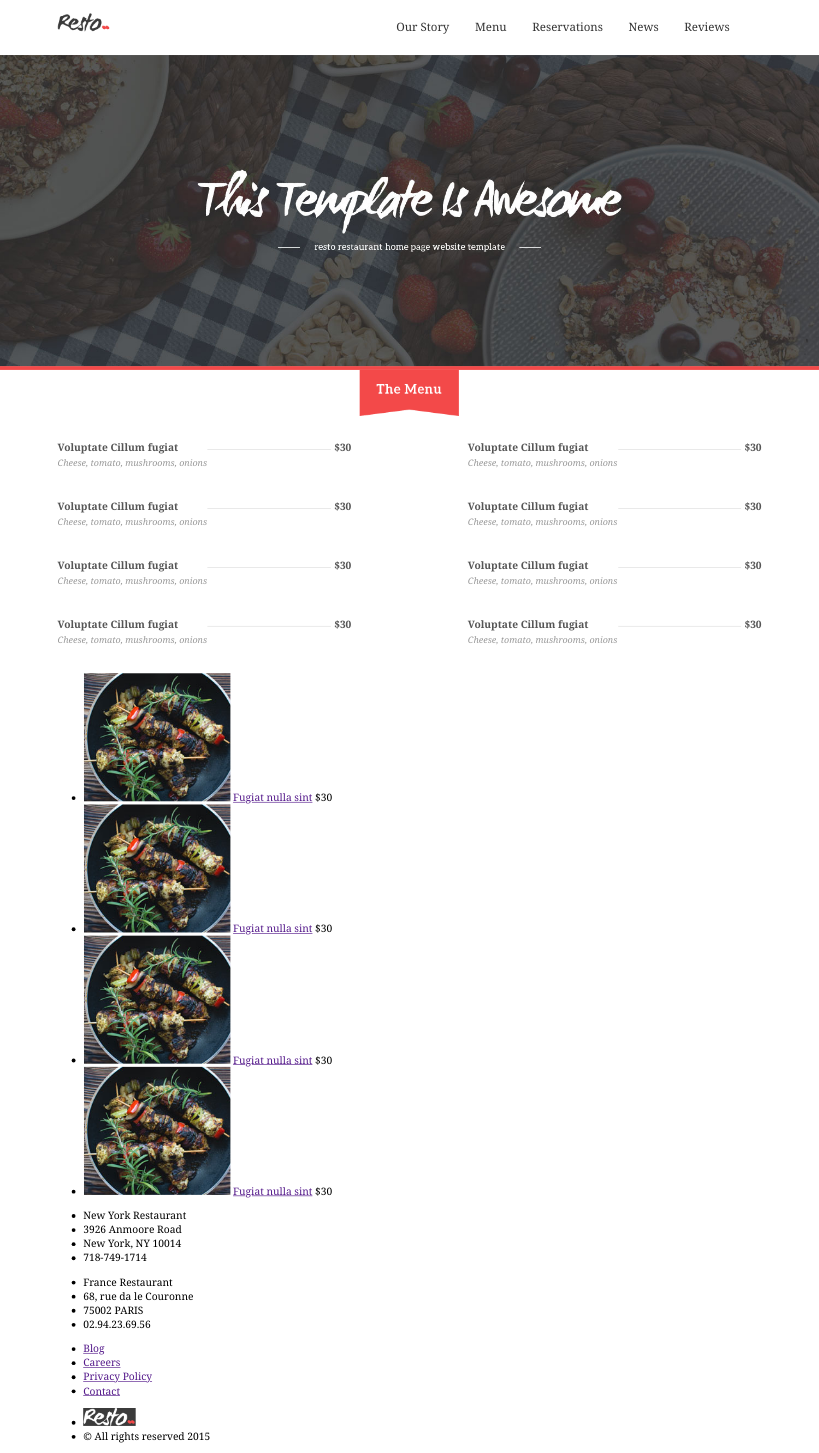
Repository: Piterwk1/psd-to-wordpress
Page: index.html
An editor plug-in stored every save of this project. The page is shown before and after the next save, followed by the edit.
The browser window is 1280 px wide. The pictures show the whole page, at 64% of full size.

Above is the page before, as saved 2021-09-23 03:04:23.

### index.html
<html lang="en">

<head>
    <meta charset="UTF-8">
    <meta http-equiv="X-UA-Compatible" content="IE=edge">
    <meta name="viewport" content="width=device-width, initial-scale=1.0">
    <title>Resto</title>
    <link rel="stylesheet" href="style.css">
</head>

<body>

    <header>
        <div class="wrapper" id="headerWrapper">
            <h1 class="logo">Rest</h1>
            <nav>
                <h2>Main Navigation</h2>
                <ul>
                    <li><a href="">Our Story</a></li>
                    <li><a href="">Menu</a></li>
                    <li><a href="">Reservations</a></li>
                    <li><a href="">News</a></li>
                    <li><a href="">Reviews</a></li>
                </ul>
            </nav>
        </div>
    </header>

    <!-- start homepage content -->

    <div id="main-banner">
        <img src="images/banner.jpg" alt="Welcome to Resto">
    </div>

    <div class="wrapper">
        <section id="home-menu">
            <h2>Menu</h2>
            <ul>
                <li>
                    <span class="dish">Voluptate Cillum fugiat</span>
                    <span class="price">$30</span>
                    <span class="description">Cheese, tomato, mushrooms, onions</span>
                </li>
                <li>
                    <span class="dish">Voluptate Cillum fugiat</span>
                    <span class="price">$30</span>
                    <span class="description">Cheese, tomato, mushrooms, onions</span>
                </li>
                <li>
                    <span class="dish">Voluptate Cillum fugiat</span>
                    <span class="price">$30</span>
                    <span class="description">Cheese, tomato, mushrooms, onions</span>
                </li>
                <li>
                    <span class="dish">Voluptate Cillum fugiat</span>
                    <span class="price">$30</span>
                    <span class="description">Cheese, tomato, mushrooms, onions</span>
                </li>
                <li>
                    <span class="dish">Voluptate Cillum fugiat</span>
                    <span class="price">$30</span>
                    <span class="description">Cheese, tomato, mushrooms, onions</span>
                </li>
                <li>
                    <span class="dish">Voluptate Cillum fugiat</span>
                    <span class="price">$30</span>
                    <span class="description">Cheese, tomato, mushrooms, onions</span>
                </li>
                <li>
                    <span class="dish">Voluptate Cillum fugiat</span>
                    <span class="price">$30</span>
                    <span class="description">Cheese, tomato, mushrooms, onions</span>
                </li>
                <li>
                    <span class="dish">Voluptate Cillum fugiat</span>
                    <span class="price">$30</span>
                    <span class="description">Cheese, tomato, mushrooms, onions</span>
                </li>
            </ul>
        </section>

        <section id="featured">
            <ul>
                <li>
                    <img src="images/thumb-1.jpg">
                    <a href="">Fugiat nulla sint</a>
                    <span>$30</span>
                    <span class="rating"></span>
                </li>
                <li>
                    <img src="images/thumb-1.jpg">
                    <a href="">Fugiat nulla sint</a>
                    <span>$30</span>
                    <span class="rating"></span>
                </li>
                <li>
                    <img src="images/thumb-1.jpg">
                    <a href="">Fugiat nulla sint</a>
                    <span>$30</span>
                    <span class="rating"></span>
                </li>
                <li>
                    <img src="images/thumb-1.jpg">
                    <a href="">Fugiat nulla sint</a>
                    <span>$30</span>
                    <span class="rating"></span>
                </li>
            </ul>
        </section>
    </div>

    <!-- end homepage content -->

    <footer>
        <div class="wrapper">
            <ul>
                <li>New York Restaurant</li>
                <li>3926 Anmoore Road</li>
                <li>New York, NY 10014</li>
                <li>718-749-1714</li>
            </ul>
            <ul>
                <li>France Restaurant</li>
                <li>68, rue da le Couronne</li>
                <li>75002 PARIS</li>
                <li>02.94.23.69.56</li>
            </ul>
            <ul>
                <li><a href="">Blog</a></li>
                <li><a href="">Careers</a></li>
                <li><a href="">Privacy Policy</a></li>
                <li><a href="">Contact</a></li>
            </ul>
            <ul>
                <li><img src="images/white-logo.png" alt="logo"></li>
                <li>&copy; All rights reserved 2015</li>

            </ul>
        </div>
    </footer>
</body>

</html>

### style.css
body {
    font-family: Georgia, 'Times New Roman', Times, serif;
    margin: 0;
}

.wrapper {
    width: 100%;
    /* max-width: 960px; */
    max-width: 1100px;
    padding: 0 10px;
    margin:  0 auto;
}

h1.logo {
    background-image: url(images/logo.png);
    background-repeat: no-repeat;
    width: 100px;
    text-indent: -10000px;
}

#headerWrapper {
    display: flex;
    justify-content: space-between;
    width: 100%;
}

nav {

  margin-right: 10px;

}

#headerWrapper nav h2 {
    text-indent: -100000px;
    height: 0;
    margin: 0;
}

#headerWrapper nav ul {
   display: flex;
   justify-content: space-evenly;
   list-style-type:  none;
   margin: 10px 20px;
}
#headerWrapper nav li {

   margin: 20px 20px;
}
#headerWrapper nav li a{
   text-decoration: none;
   color: #333;
   font-size: 18px;
}
#headerWrapper nav li a:hover{
   color: blue;
}

#main-banner, #main-banner img{
    width: 100%;
}

#main-banner img {
    border-bottom: 6px solid #f34949;
}

#home-menu h2 {
    background-image: url(images/menu-head.png);
    background-repeat: no-repeat;
    width: 156px;
    height: 74px;
    text-indent: -10000px;
    margin: 0 auto;
}

#home-menu ul {
    display: flex;
    flex-wrap: wrap;
    justify-content: space-between;
   padding: 0;
   list-style: none;
}
#home-menu li {
    display: flex;
    flex-wrap: wrap;
   margin: 20px 0 20px 0;
   justify-content: space-between;
}

.dish{
    position: relative;
    z-index: 1;
    background: #fff;
    padding-right: 5px;
    width: 50%;
    color: #555;
    font-weight: bold;
}

.price {
    position: relative;
    z-index: 1;
    background: #fff;
    padding-left: 5px;
    color: #555;
    font-weight: bold;
}

.description {
    width: 100%;
    color: #999;
    font-style: italic;
    font-size: 14px;
    padding-top: 10px;
    border-top: 1px solid #ddd;
    position: relative;
    top: -8px;
}

After the next save:
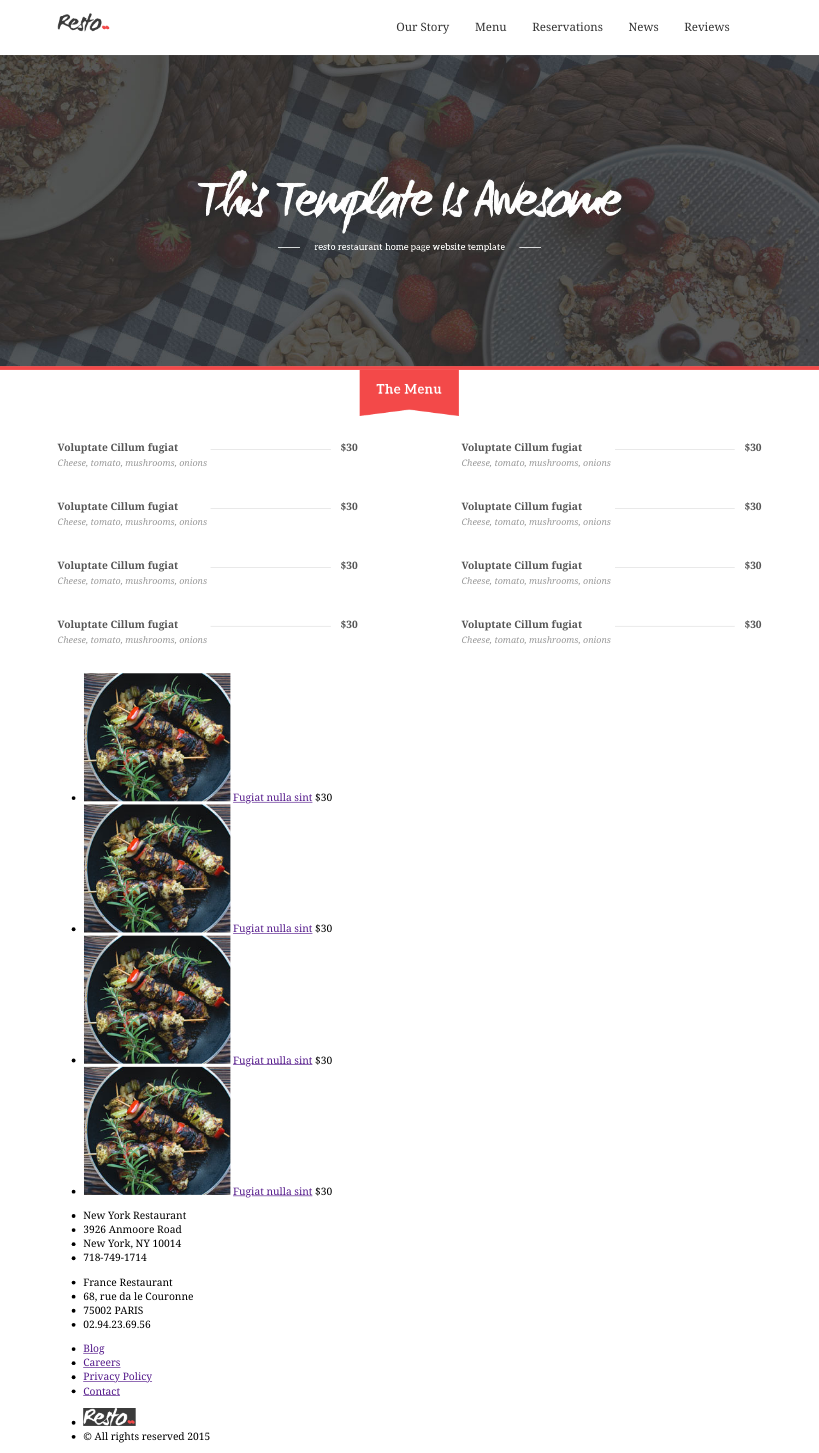
Saved 2 min 9 s later.
--- a/style.css
+++ b/style.css
@@ -100,7 +100,7 @@ nav {
     position: relative;
     z-index: 1;
     background: #fff;
-    padding-left: 5px;
+    padding-left: 15px;
     color: #555;
     font-weight: bold;
 }
